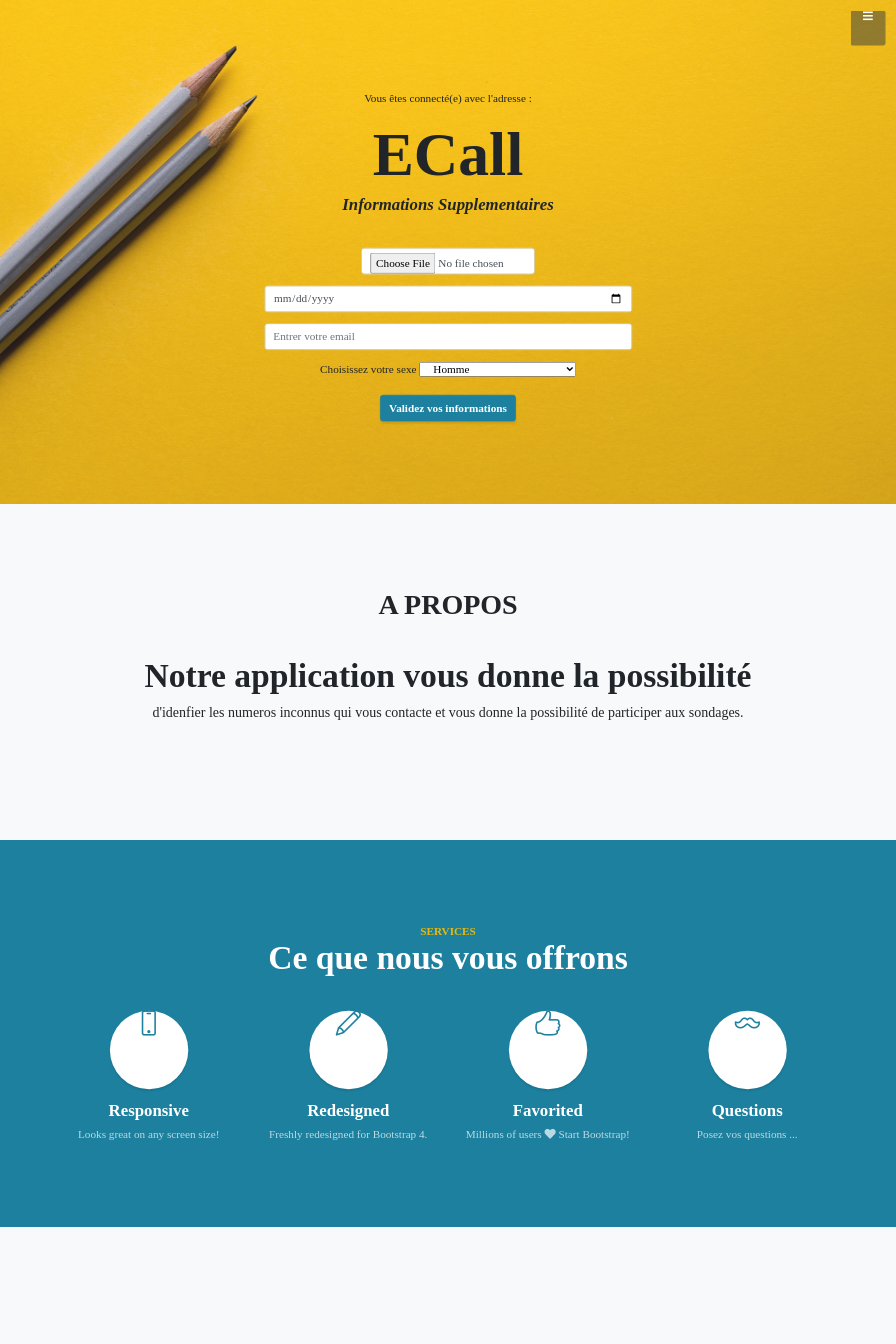
Repository: marco667/E-Callers
Page: http://localhost/E-Call/InfosSupplements
An editor plug-in stored every save of this project. The page is shown before and after the next save, followed by the edit.
The browser window is 1280 px wide. The pictures show the part of the page from y = 0 to 1920 px (the page is 3387 px tall), at 70% of full size.
Some web fonts or font styles are not loaded; a fallback is used. The page is served by Tomcat 9.

Above is the page before, as saved 2019-06-28 19:13:50.

After the next save:
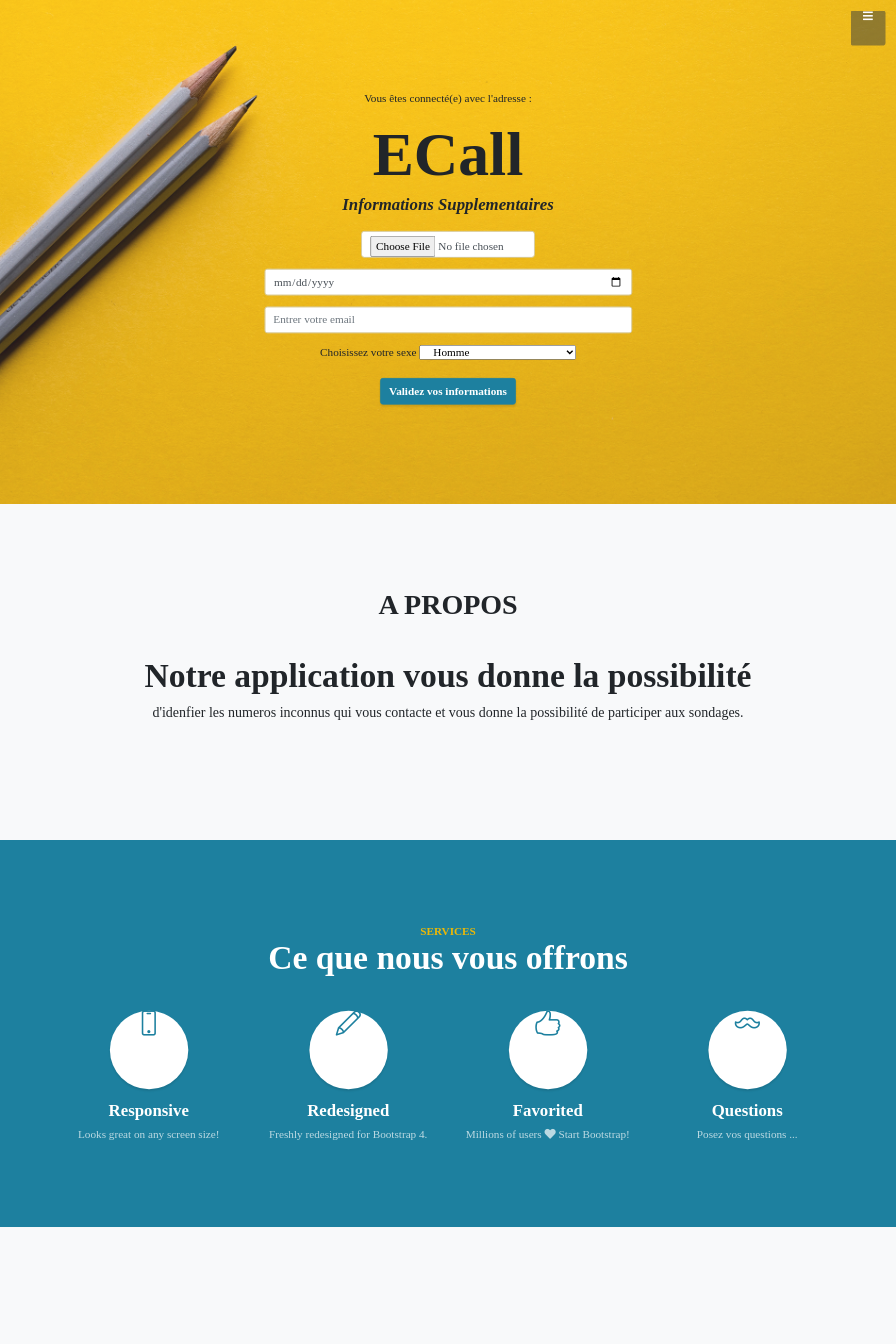
Saved 27 s later.
--- a/E-Call/WebContent/WEB-INF/formulaire.jsp
+++ b/E-Call/WebContent/WEB-INF/formulaire.jsp
@@ -70,7 +70,7 @@
          </c:if>
 
       <h1 class="mb-1">ECall</h1>
-      <h4 class="mb-5">
+      <h4 class="mb-4">
         <em> Informations Supplementaires </em>
       </h4>
       <div class = "form-group">
